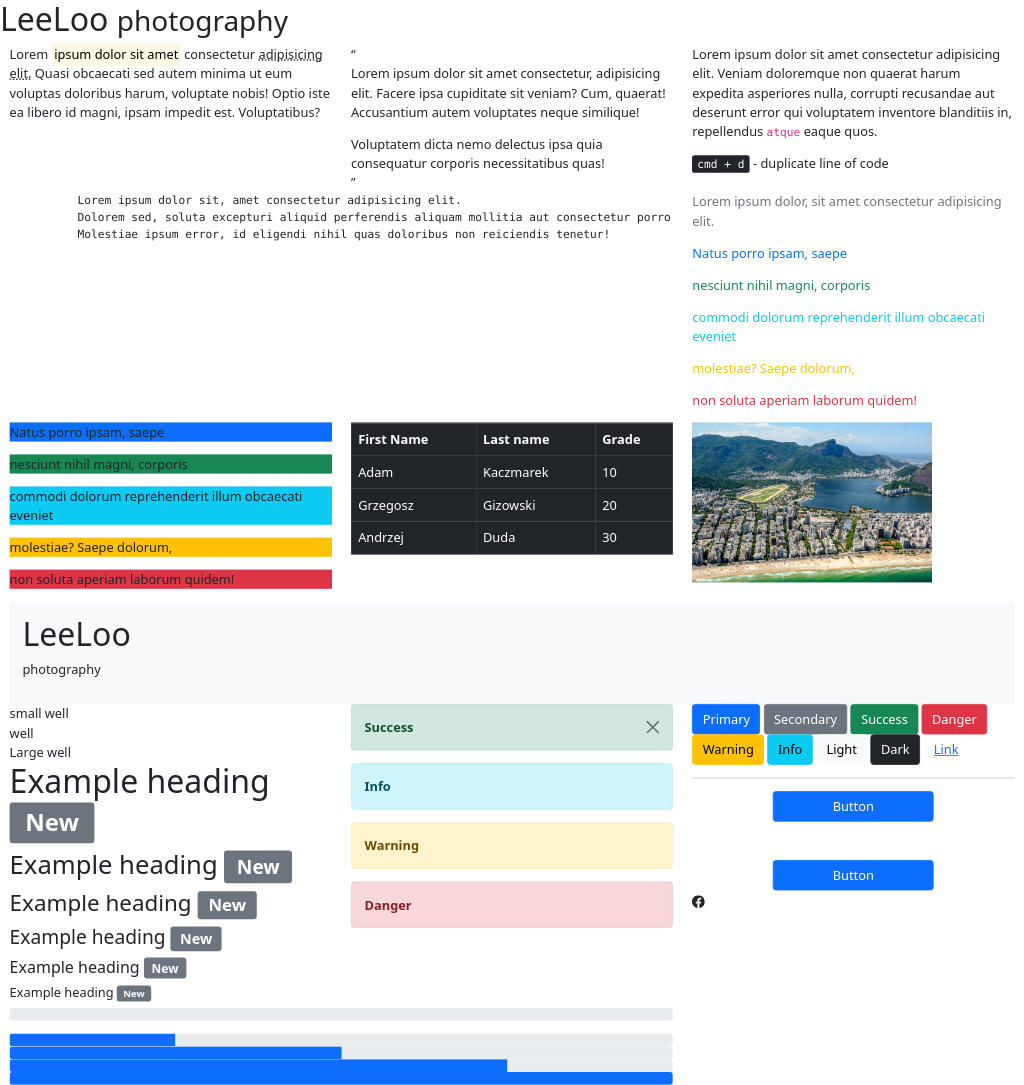
Repository: Zyzik-33/bootstrap-test
Page: index.html
These files come from the project's save history. The page is drawn as it stood at one moment and after the next save; the edit follows.
The browser window is 1280 px wide. The pictures show the whole page, at 80% of full size.

Above is the page before, as saved 2021-01-27 22:16:08.

### index.html
<!DOCTYPE html>
<html lang="en">
<head>
  <title>LeeLoo</title>
  <meta charset="UTF-8">
  <meta name="viewport" content="width=device-width, initial-scale=1.0">
  <link href="https://cdn.jsdelivr.net/npm/bootstrap@5.0.0-beta1/dist/css/bootstrap.min.css" rel="stylesheet" integrity="sha384-giJF6kkoqNQ00vy+HMDP7azOuL0xtbfIcaT9wjKHr8RbDVddVHyTfAAsrekwKmP1" crossorigin="anonymous">
  <script src="https://ajax.googleapis.com/ajax/libs/jquery/3.5.1/jquery.min.js"></script>
  <script src="https://cdn.jsdelivr.net/npm/bootstrap@5.0.0-beta1/dist/js/bootstrap.bundle.min.js" integrity="sha384-ygbV9kiqUc6oa4msXn9868pTtWMgiQaeYH7/t7LECLbyPA2x65Kgf80OJFdroafW" crossorigin="anonymous"></script>
</head>
<body>
  <h1>LeeLoo <small>photography</small> </h1>
  <div class="container-fluid">

    <div class="row">
      <div class="col-lg-4">Lorem <mark>ipsum dolor sit amet</mark> consectetur <abbr title="Explanation">adipisicing elit.</abbr> Quasi obcaecati sed autem minima ut eum voluptas doloribus harum, voluptate nobis! Optio iste ea libero id magni, ipsam impedit est. Voluptatibus?</div>
      <div class="col-lg-4">
        <q cite="http://developer.mozilla.org">
          <p>
            Lorem ipsum dolor sit amet consectetur, adipisicing elit. Facere ipsa cupiditate sit veniam? Cum, quaerat!
             Accusantium autem voluptates neque similique!
          </p>
          <footer>
            Voluptatem dicta nemo delectus ipsa quia consequatur corporis necessitatibus quas!
          </footer>
        </q>
      </div>
      <div class="col-lg-4">
        <blockquote class="blockquote-reverse">
          <p>
            Lorem ipsum dolor sit amet consectetur adipisicing elit.
            Veniam doloremque non quaerat harum expedita asperiores nulla,
            corrupti recusandae aut deserunt error qui voluptatem inventore
            blanditiis in, repellendus <code>atque</code> eaque quos.
          </p>
          <footer><kbd>cmd + d</kbd> - duplicate line of code</footer>
        </blockquote>
      </div>
    </div>
    <div class="row">
      <div class="col-lg-8">
        <pre>
          Lorem ipsum dolor sit, amet consectetur adipisicing elit.
          Dolorem sed, soluta excepturi aliquid perferendis aliquam mollitia aut consectetur porro.
          Molestiae ipsum error, id eligendi nihil quas doloribus non reiciendis tenetur!
        </pre>
      </div>
      <div class="col-lg-4">
       <p class="text-muted"> Lorem ipsum dolor, sit amet consectetur adipisicing elit.</p>
       <p class="text-primary">Natus porro ipsam, saepe</p>
       <p class="text-success">nesciunt nihil magni, corporis</p>
       <p class="text-info">commodi dolorum reprehenderit illum obcaecati eveniet</p>
       <p class="text-warning">molestiae? Saepe dolorum,</p>
       <p class="text-danger">non soluta aperiam laborum quidem!</p>
      </div>
    </div>
    <div class="row">
      <div class="col-lg-4">
       <p class="bg-primary">Natus porro ipsam, saepe</p>
       <p class="bg-success">nesciunt nihil magni, corporis</p>
       <p class="bg-info">commodi dolorum reprehenderit illum obcaecati eveniet</p>
       <p class="bg-warning">molestiae? Saepe dolorum,</p>
       <p class="bg-danger">non soluta aperiam laborum quidem!</p>
      </div>
      <div class="col-lg-4">
        <table class="table table-hover table-dark table-bordered">
          <!-- table-striped, table-bordered, table-hover, table-dark -->
          <thead>
            <tr>
              <th scope="col">First Name</th>
              <th scope="col">Last name</th>
              <th scope="col">Grade</th>
            </tr>
          </thead>
          <tbody>
            <tr>
              <td scope="row">Adam</td>
              <td>Kaczmarek</td>
              <td>10</td>
            </tr>
            <tr>
              <td scope="row">Grzegosz</td>
              <td>Gizowski</td>
              <td>20</td>
            </tr>
            <tr>
              <td scope="row">Andrzej</td>
              <td>Duda</td>
              <td>30</td>
            </tr>
          </tbody>
        </table>
      </div>
      <div class="col-lg-4">
        <img src="./assets/images/brazil-4809010_640.jpg" width="300" alt="brazil">
      </div>
    </div>
    <div class="row">
      <div class="col-lg-12">
        <div class="bg-light p-3">
          <h1>LeeLoo</h1>
          <p>photography</p>
        </div>
      </div>
    </div>
    <div class="row">
      <div class="col-lg-4">
        <div class="well well-sm">small well</div>
        <div class="well">well</div>
        <div class="well well-lg">Large well</div>
        <h1>Example heading <span class="badge bg-secondary">New</span></h1>
        <h2>Example heading <span class="badge bg-secondary">New</span></h2>
        <h3>Example heading <span class="badge bg-secondary">New</span></h3>
        <h4>Example heading <span class="badge bg-secondary">New</span></h4>
        <h5>Example heading <span class="badge bg-secondary">New</span></h5>
        <h6>Example heading <span class="badge bg-secondary">New</span></h6>
      </div>
      <div class="col-lg-4">
        <div class="alert alert-success alert-dismissible fade show" role="alert">
          <strong>Success</strong>
          <!-- <a href="#" class="close" data-dismiss="alert">&times;</a> -->
          <button type="button" class="btn-close" data-bs-dismiss="alert" aria-label="Close"></button>
        </div>
        <div class="alert alert-info">
          <strong>Info</strong>
        </div>
        <div class="alert alert-warning">
          <strong>Warning</strong>
        </div>
        <div class="alert alert-danger">
          <strong>Danger</strong>
        </div>
      </div>
      <div class="col-lg-4">
        <button type="button" class="btn btn-primary">Primary</button>
        <button type="button" class="btn btn-secondary">Secondary</button>
        <button type="button" class="btn btn-success">Success</button>
        <button type="button" class="btn btn-danger">Danger</button>
        <button type="button" class="btn btn-warning">Warning</button>
        <button type="button" class="btn btn-info">Info</button>
        <button type="button" class="btn btn-light">Light</button>
        <button type="button" class="btn btn-dark">Dark</button>
        <button type="button" class="btn btn-link">Link</button>
        <hr>
        <div class="d-grid gap-5 col-6 mx-auto">
          <button class="btn btn-primary" type="button">Button</button>
          <button class="btn btn-primary" type="button">Button</button>
        </div>
        <svg xmlns="http://www.w3.org/2000/svg" width="16" height="16" fill="currentColor" class="bi bi-facebook" viewBox="0 0 16 16">
          <path d="M16 8.049c0-4.446-3.582-8.05-8-8.05C3.58 0-.002 3.603-.002 8.05c0 4.017 2.926 7.347 6.75 7.951v-5.625h-2.03V8.05H6.75V6.275c0-2.017 1.195-3.131 3.022-3.131.876 0 1.791.157 1.791.157v1.98h-1.009c-.993 0-1.303.621-1.303 1.258v1.51h2.218l-.354 2.326H9.25V16c3.824-.604 6.75-3.934 6.75-7.951z"/>
        </svg>
        <i class="bi bi-braces"></i>
      </div>
    </div>
    <div class="row">
      <div class="col-lg-8">
        <div class="progress mb-3">
          <div class="progress-bar" role="progressbar" aria-valuenow="0" aria-valuemin="0" aria-valuemax="100"></div>
        </div>
        <div class="progress">
          <div class="progress-bar" role="progressbar" style="width: 25%" aria-valuenow="25" aria-valuemin="0" aria-valuemax="100"></div>
        </div>
        <div class="progress">
          <div class="progress-bar" role="progressbar" style="width: 50%" aria-valuenow="50" aria-valuemin="0" aria-valuemax="100"></div>
        </div>
        <div class="progress">
          <div class="progress-bar" role="progressbar" style="width: 75%" aria-valuenow="75" aria-valuemin="0" aria-valuemax="100"></div>
        </div>
        <div class="progress">
          <div class="progress-bar" role="progressbar" style="width: 100%" aria-valuenow="100" aria-valuemin="0" aria-valuemax="100"></div>
        </div>
      </div>
      <div class="col-lg-2"></div>
    </div>
  </div>
</body>
</html>

After the next save:
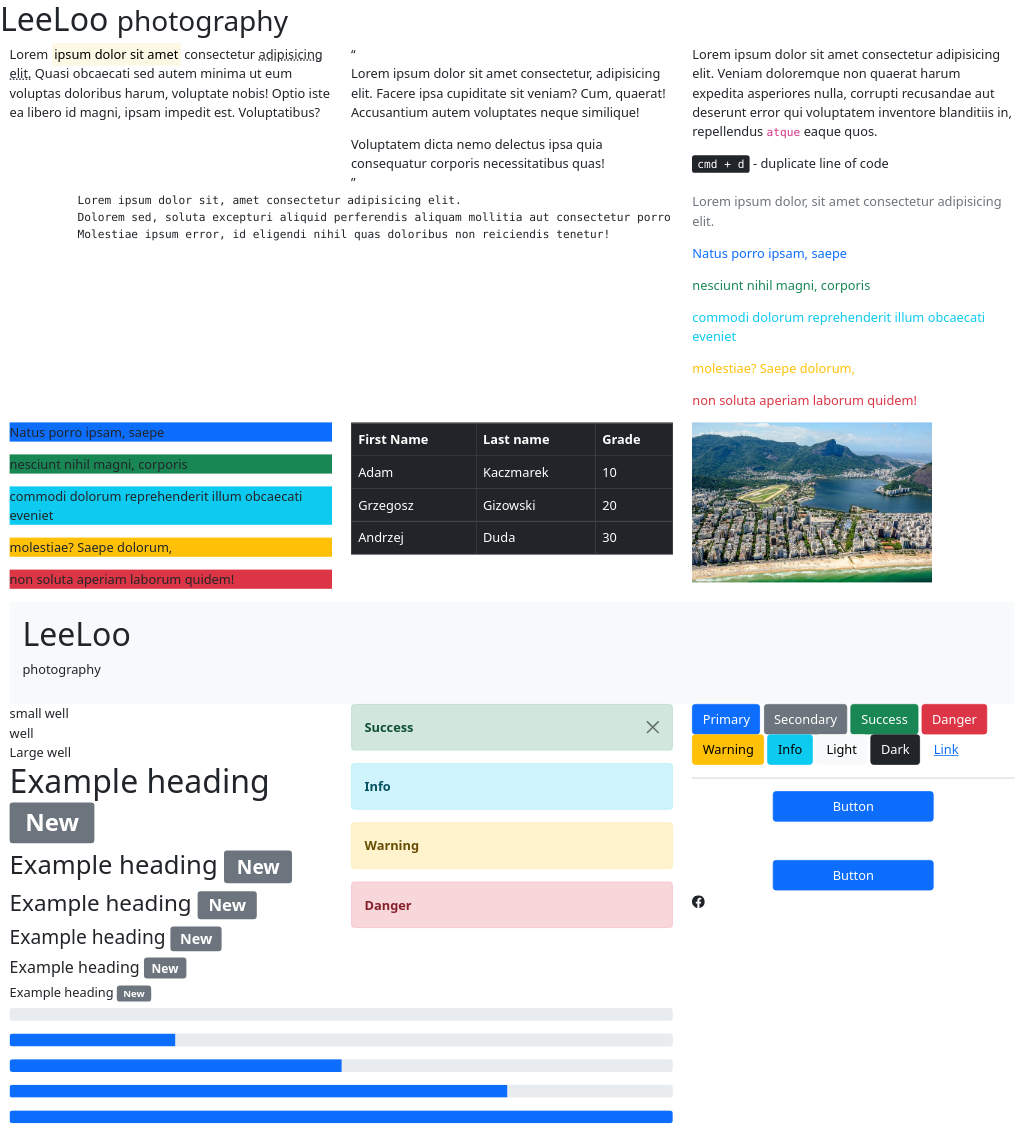
Saved 21 s later.
--- a/index.html
+++ b/index.html
@@ -157,16 +157,16 @@
         <div class="progress mb-3">
           <div class="progress-bar" role="progressbar" aria-valuenow="0" aria-valuemin="0" aria-valuemax="100"></div>
         </div>
-        <div class="progress">
+        <div class="progress mb-3">
           <div class="progress-bar" role="progressbar" style="width: 25%" aria-valuenow="25" aria-valuemin="0" aria-valuemax="100"></div>
         </div>
-        <div class="progress">
+        <div class="progress mb-3">
           <div class="progress-bar" role="progressbar" style="width: 50%" aria-valuenow="50" aria-valuemin="0" aria-valuemax="100"></div>
         </div>
-        <div class="progress">
+        <div class="progress mb-3">
           <div class="progress-bar" role="progressbar" style="width: 75%" aria-valuenow="75" aria-valuemin="0" aria-valuemax="100"></div>
         </div>
-        <div class="progress">
+        <div class="progress mb-3">
           <div class="progress-bar" role="progressbar" style="width: 100%" aria-valuenow="100" aria-valuemin="0" aria-valuemax="100"></div>
         </div>
       </div>
